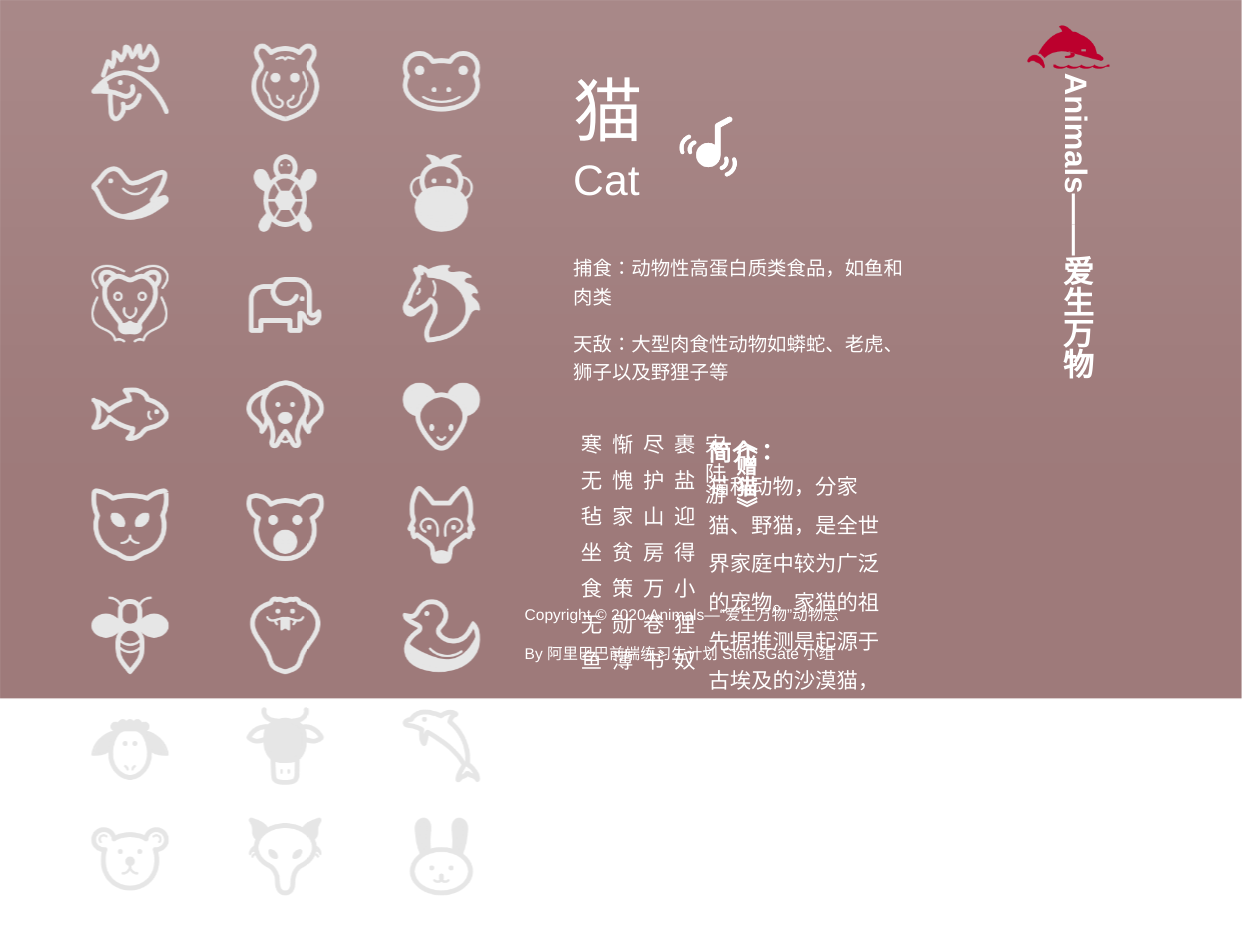
Repository: Whiskeyi/Animals
Page: /
An editor plug-in stored every save of this project. The page is shown before and after the next save, followed by the edit.
The browser window is 1280 px wide. The pictures show the whole page, at 97% of full size.
The project was rebuilt for these pictures with package versions that can differ from the ones it lists, and the page was loaded fresh each time.

Above is the page before, as saved 2021-11-16 21:26:21.

### public/index.html
<!DOCTYPE html>
<html lang="en">
  <head>
    <meta charset="utf-8">
    <meta http-equiv="X-UA-Compatible" content="IE=edge">
    <meta name="viewport" content="width=device-width,initial-scale=1.0">
    <link rel="icon" href="<%= BASE_URL %>favicon.ico">
    <title>Animals</title>
  </head>
  <body>
    <noscript>
      <strong>We're sorry but animals doesn't work properly without JavaScript enabled. Please enable it to continue.</strong>
    </noscript>
    <div id="app"></div>
    <!-- built files will be auto injected -->
  </body>
</html>

### src/main.js
import Vue from 'vue'
import App from './App.vue'
import router from './router'
import store from './store'
import './plugins/element.js' // 引入element-ui

Vue.config.productionTip = false

new Vue({
  router,
  store,
  render: h => h(App)
}).$mount('#app')

### src/App.vue
<template>
  <div id="app">
    <!-- 入口 -->
    <router-view/>
  </div>
</template>

<style lang="scss">
#app {
  font-family: 'Avenir', Helvetica, Arial, sans-serif;
  -webkit-font-smoothing: antialiased;
  -moz-osx-font-smoothing: grayscale;
}

html, body {  // 去除白边
    width: 100%;
    height: 100%;
    margin: 0;
    padding: 0;
    position: relative;
}

</style>

### src/router.js
// 路由
import Vue from 'vue'
import Router from 'vue-router'
import Home from './views/Home.vue'

Vue.use(Router)

export default new Router({
  mode: 'history',
  base: process.env.BASE_URL,
  routes: [
    {
      path: '/',
      name: 'home',
      component: Home
    }
  ]
})

### src/plugins/element.js
// 引入element-ui
import Vue from 'vue'

import ElementUI from 'element-ui';
import 'element-ui/lib/theme-chalk/index.css';

Vue.use(ElementUI);

### src/views/Home.vue
<template>
  <div class="home">
    <!-- 背景+光泽效果 -->
    <div class="bg">
      <Gloss></Gloss>
    </div>
    <!-- 页面容器 -->
    <div class="container">
      <!-- 左侧展示模块 -->
      <div id="leftContainer">
        <LeftMain></LeftMain>
      </div>
      <!-- 右侧展示模块 -->
      <div id="rightContainer">
        <!-- 输出信息 -->
          <Info></Info>
          <!-- 右侧标题 -->
          <RightHead></RightHead>
          <!-- 尾部 -->
          <Footer></Footer>
      </div>
    </div>
  </div>
</template>

<script>
// @ is an alias to /src
// 组件引入
import Gloss from '@/components/Gloss'
import Footer from '@/components/Footer'
import Info from '@/components/Info'
import RightHead from '@/components/right-head'
import LeftMain from '@/components/left-main'

export default {
  name: 'home',
  components: {
    Gloss,Footer,Info,RightHead,LeftMain
  },
  data() {
    return {
      bgColor: ''
    }
  },
  mounted() {
    setInterval(this.changeBgColor(),1000)
  },
  methods: {
    changeBgColor() {
      let arrColor = ["#FC9F4D", "#E98B2A", "#90B44B", "#4D5139", "#1C1C1C", "#4F4F48",
                      "#FF5E99", "#828282", "#52433D", "#947A6D", "#080808", "#0C0C0C",
                      "#434343", "#B19693", "#434343", "#EFBB24", "#90B44B", "#373C38",
                      "#BDC0BA", "#BDC0BA", "#BDC0BA", "#434343","#BDC0BA", "#BDC0BA"];
      console.log(arrColor[Math.floor(Math.random()*arrColor.length)-1])
    }
  }
}
</script>

<style lang="scss" scoped>
.home {
  // 滚动条样式修改（待定）
}
.bg {
  height: 100%;
  width: 100%;
  background-color:rgb(158, 122, 122);
  position: fixed;
  transition: background-color 2s ease-in; // 背景颜色2S过渡
  filter: blur(0.5px); // 背景高斯模糊
  // z-index: -9; //暂时注释,影响调试
}
#leftContainer {
  position: absolute;
  left: 10%;
  width: 30%;
  height: 100%;
  margin: 0 auto;
}
#rightContainer {
  position: fixed;
  right: 10%;
  width: 50%;
  height: 100%;
  margin: 0 auto;
}
@media screen and (max-width: 1440px) { // 屏幕小于1440px样式
  #leftContainer {
  position: absolute;
  left: 5%;
  width: 36%;
  height: 100%;
  margin: 0 auto;
}
#rightContainer {
  position: fixed;
  right: 5%;
  width: 54%;
  height: 100%;
  margin: 0 auto;
}
}
</style>

### src/components/Gloss/index.vue
<template>
<!-- 实现光泽效果,丰富背景颜色 -->
<div id="gloss"></div>
</template>

<script>
export default {

}
</script>

<style lang="scss" scoped>
#gloss {
    position: fixed;
    width: 100%;
    height: 478px;
    background: url('../../assets/gloss.png') repeat-x;
    // z-index: -8;  //暂时注释,影响调试
}
</style>

### src/components/Footer/index.vue
<template>
  <div class="footerContainer">
      <p>Copyright © 2020 Animals—“爱生万物”动物志</p>
      <p>By 阿里巴巴前端练习生计划 SteinsGate 小组</p>
  </div>
</template>

<script>
export default {

}
</script>

<style lang="scss" scoped>
.footerContainer {
    position: fixed;
    bottom: 0;
    font-size: 1rem;
    color:#fff;
    margin:0 0 20px 16px;
}
</style>

### src/components/Info/index.vue
<template>
  <div class="infoContainer">
    <div class="infPadding">
      <!-- 简介、图标 -->
    <Introduce></Introduce>
    <!-- 捕食、声音icon -->
    <HabbitVoice></HabbitVoice>
    <!-- 底部介绍 -->
    <IntroduceBottom></IntroduceBottom>
    </div>
  </div>
</template>

<script>
import Introduce from './Introduce'
import HabbitVoice from './habbit-voice'
import IntroduceBottom from './introduce-bottom'
export default {
  name: 'Info',
  components: {
    Introduce, HabbitVoice, IntroduceBottom
  }
}
</script>

<style lang="scss" scoped>
.infoContainer {
    float: left;
    z-index: 10000;
    width: 82%;
    height: 80%;
    margin: 26px 0 0 16px;
    padding: 15px 0px;
    // background-color: #fff;
    color:#fff;
}
.infPadding {
  padding: 0 50px;
}
.infoContainer logo {
    position: absolute;
}
@media screen and (max-width: 1440px) { // 屏幕小于1440px样式
  .infoContainer {
    float: left;
    z-index: 10000;
    width: 75%;
    height: 80%;
    margin: 26px 0 0 16px;
    // background-color: #fff;
}
}
</style>

### src/components/right-head/index.vue
<template>
  <div class="rightHeadContainer">
      <el-image class="logo" alt="logo" :src="require('@/icons/index.png')"></el-image>
      <h1 class="vertical">Animals——爱生万物</h1>
  </div>
</template>

<script>
export default {

}
</script>

<style lang="scss" scoped>
.rightHeadContainer {
    float: left;
    height: 400px;
    width: 100px;
    margin: 26px 0 0 16px;
}
.vertical {
    writing-mode: vertical-lr;
    padding-left: 5px;
    color: #fff;
}
@media screen and (max-width: 1440px) { // 屏幕小于1440px样式
    .rightHeadContainer {
        float: left;
        height: 400px;
        width:85px;
        margin: 26px 0 0 0;
    }
    .vertical {
        writing-mode: vertical-lr;
        padding-right: 0;
        color: #fff;
    }
}
</style>

### src/components/left-main/index.vue
<template>
  <div class="leftContainer">
    <el-row :gutter="20" type="flex" justify="center" v-for="AnimalsDetail in data" :key="AnimalsDetail.enName">
      <el-col :span="8">
        <el-image class="logo" alt="logo" :src="require('@/icons/animals/chicken.png')"></el-image>
      </el-col>
      <el-col :span="8">
        <el-image class="logo" alt="logo" :src="require('@/icons/animals/tiger.png')"></el-image>
      </el-col>
      <el-col :span="8">
        <el-image class="logo" alt="logo" :src="require('@/icons/animals/frog.png')"></el-image>
      </el-col>
    </el-row>
     <el-row :gutter="20" type="flex" justify="center" v-for="AnimalsDetail in data" :key="AnimalsDetail.enName">
      <el-col :span="8">
        <el-image class="logo" alt="logo" :src="require('@/icons/animals/bird.png')"></el-image>
      </el-col>
      <el-col :span="8">
        <el-image class="logo" alt="logo" :src="require('@/icons/animals/turtle.png')"></el-image>
      </el-col>
      <el-col :span="8">
        <el-image class="logo" alt="logo" :src="require('@/icons/animals/monkey.png')"></el-image>
      </el-col>
    </el-row>
     <el-row :gutter="20" type="flex" justify="center" v-for="AnimalsDetail in data" :key="AnimalsDetail.enName">
      <el-col :span="8">
        <el-image class="logo" alt="logo" :src="require('@/icons/animals/lion.png')"></el-image>
      </el-col>
      <el-col :span="8">
        <el-image class="logo" alt="logo" :src="require('@/icons/animals/elephant.png')"></el-image>
      </el-col>
      <el-col :span="8">
        <el-image class="logo" alt="logo" :src="require('@/icons/animals/horse.png')"></el-image>
      </el-col>
    </el-row>
     <el-row :gutter="20" type="flex" justify="center" v-for="AnimalsDetail in data" :key="AnimalsDetail.enName">
      <el-col :span="8">
        <el-image class="logo" alt="logo" :src="require('@/icons/animals/fish.png')"></el-image>
      </el-col>
      <el-col :span="8">
        <el-image class="logo" alt="logo" :src="require('@/icons/animals/dog.png')"></el-image>
      </el-col>
      <el-col :span="8">
        <el-image class="logo" alt="logo" :src="require('@/icons/animals/mouse.png')"></el-image>
      </el-col>
    </el-row>
     <el-row :gutter="20" type="flex" justify="center" v-for="AnimalsDetail in data" :key="AnimalsDetail.enName">
      <el-col :span="8">
        <el-image class="logo" alt="logo" :src="require('@/icons/animals/cat.png')"></el-image>
      </el-col>
      <el-col :span="8">
        <el-image class="logo" alt="logo" :src="require('@/icons/animals/pig.png')"></el-image>
      </el-col>
      <el-col :span="8">
        <el-image class="logo" alt="logo" :src="require('@/icons/animals/wolf.png')"></el-image>
      </el-col>
    </el-row>
     <el-row :gutter="20" type="flex" justify="center" v-for="AnimalsDetail in data" :key="AnimalsDetail.enName">
      <el-col :span="8">
        <el-image class="logo" alt="logo" :src="require('@/icons/animals/bee.png')"></el-image>
      </el-col>
      <el-col :span="8">
        <el-image class="logo" alt="logo" :src="require('@/icons/animals/snake.png')"></el-image>
      </el-col>
      <el-col :span="8">
        <el-image class="logo" alt="logo" :src="require('@/icons/animals/duck.png')"></el-image>
      </el-col>
    </el-row>
     <el-row :gutter="20" type="flex" justify="center" v-for="AnimalsDetail in data" :key="AnimalsDetail.enName">
      <el-col :span="8">
        <el-image class="logo" alt="logo" :src="require('@/icons/animals/sheep.png')"></el-image>
      </el-col>
      <el-col :span="8">
        <el-image class="logo" alt="logo" :src="require('@/icons/animals/cow.png')"></el-image>
      </el-col>
      <el-col :span="8">
        <el-image class="logo" alt="logo" :src="require('@/icons/animals/dolphin.png')"></el-image>
      </el-col>
    </el-row>
     <el-row :gutter="20" type="flex" justify="center" v-for="AnimalsDetail in data" :key="AnimalsDetail.enName">
      <el-col :span="8">
        <el-image class="logo" alt="logo" :src="require('@/icons/animals/bear.png')"></el-image>
      </el-col>
      <el-col :span="8">
        <el-image class="logo" alt="logo" :src="require('@/icons/animals/fox.png')"></el-image>
      </el-col>
      <el-col :span="8">
        <el-image class="logo" alt="logo" :src="require('@/icons/animals/rabbit.png')"></el-image>
      </el-col>
    </el-row>
  </div>
</template>

<script>
import data from '@/data/Animals.json'
export default {
  data() {
    return {
      data
    }
  }
}
</script>

<style lang="scss" scoped>
.leftContainer {
  padding: 30px 0;
  width: 100%;
  text-align: center;
}
.leftContainer .logo {
  width: 110px;
  height: 110px;
  padding: 20px 0;
}
 @media screen and (max-width: 1440px) { // 屏幕小于1440px样式
  .leftContainer .logo {
    height: 80px;
    width: 80px;
    padding: 15px 0;
  }
 }
</style>

### src/components/Info/Introduce/index.vue
<template>
  <div class="introduce">
      <el-row class="intContainer">
          <el-col :span="6">
              <div class="title">猫</div>
              <div class="subTitle">Cat</div>
          </el-col>
          <el-col :span="10">
            <el-image class="logo" alt="logo" :src="require('@/icons/voice.png')"></el-image>
          </el-col>
      </el-row>
  </div>
</template>

<script>
export default {

}
</script>

<style lang="scss" scoped>
.introduce {
    // background-color: red;
    height: 30%;
    width: 100%;
}
.intContainer {
    padding: 15px 0;
}
.logo {
    height: 160px;
    width: 160px;
}
.title {
    font-size: 72px;
}
.subTitle {
    font-size: 44px;
}
.logo {
    padding-top: 60px;
    height: 70px;
    width: 70px;
}
</style>

### src/components/Info/habbit-voice/index.vue
<template>
  <div class="habVoice">
       <el-row class="habContainer">
          <el-col class="habContent" :span="20">
              <p class="foodTitle">捕食：动物性高蛋白质类食品，如鱼和肉类</p>
              <p class="enemyTitle">天敌：大型肉食性动物如蟒蛇、老虎、狮子以及野狸子等</p>
          </el-col>
      </el-row>
  </div>
</template>

<script>
export default {

}
</script>

<style lang="scss" scoped>
.habVoice {
    // background-color: rgb(252, 94, 94);
    height: 30%;
    text-align: center;
}
.habContainer {
    padding: 15px 0;
}
.habContent p {
    font-size: 20px;
    text-align: left;
}
</style>

### src/components/Info/introduce-bottom/index.vue
<template>
    <div class="fooBottom">
        <el-row class="botContainer">
            <el-col class="poem" :span="8">
                <div class="content">寒无毡坐食无鱼</div>
                <div class="content">惭愧家贫策勋薄</div>
                <div class="content">尽护山房万卷书</div>
                <div class="content">裹盐迎得小狸奴</div>
                <div class="author">宋·陆游</div>
                <div class="poemTitle">《赠猫》</div>
                <!-- <p class="foodTitle">捕食：</p>
                <div class="food">动物性高蛋白质类食品，如鱼和肉类</div>
                <p class="enemyTitle">天敌：</p>
                <div class="enemy">大型肉食性动物如蟒蛇、老虎、狮子以及野狸子等</div> -->
            </el-col>
            <el-col :span="11">
                <div class="IntTitle">简介：</div>
                <div class="IntContent">猫科动物，分家猫、野猫，是全世界家庭中较为广泛的宠物。家猫的祖先据推测是起源于古埃及的沙漠猫，波斯的波斯猫，已经被人类驯化了3500年。</div>
            </el-col>
        </el-row>
    </div>
</template>

<script>
export default {

}
</script>

<style lang="scss" scoped>
.fooBottom {
    // background-color: rgb(253, 128, 128);
    height: 50%;
    width: 100%;
}
.botContainer {
    padding: 15px 0;
}
.poem {
    writing-mode: vertical-lr;
    font-size: 22px;
    .poemTitle {
        font-weight: bold;
    }
    .content {
        letter-spacing: 15px;
    }
}
.IntTitle {
    font-size: 24px;
    font-weight: bold;
}
.IntContent {
    font-size: 22px;
    line-height: 40px;
}
@media screen and (max-width: 1440px) { // 屏幕小于1440px样式
    .poem {
    writing-mode: vertical-lr;
    font-size: 22px;
    .poemTitle {
        font-weight: bold;
    }
    .content {
        letter-spacing: 15px;
    }
}
}
</style>

Loaded but not shown: src/store.js (common file); src/data/Animals.json (341 lines, source omitted)

After the next save:
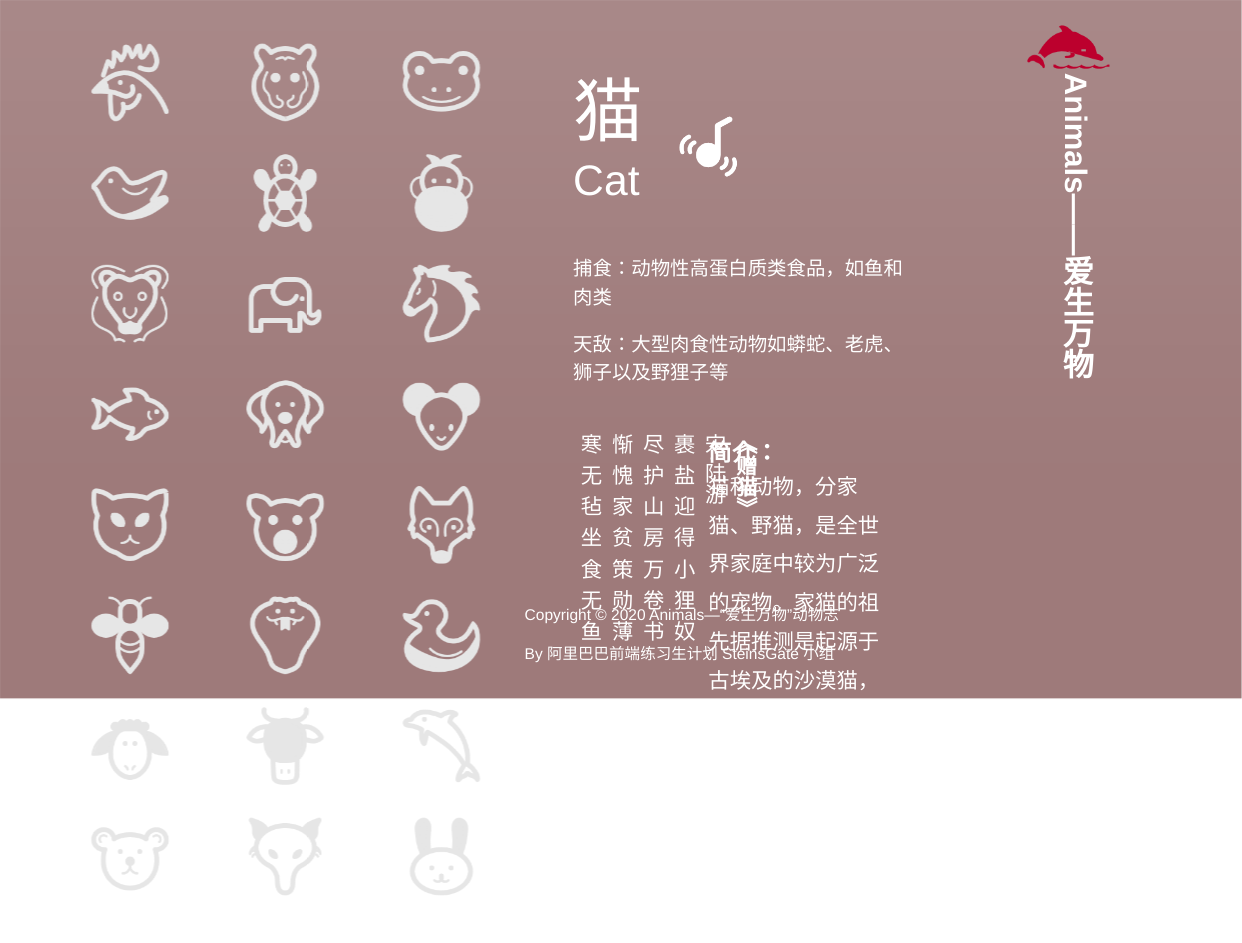
Saved 9 s later.
--- a/src/components/Info/introduce-bottom/index.vue
+++ b/src/components/Info/introduce-bottom/index.vue
@@ -62,7 +62,7 @@ export default {
         font-weight: bold;
     }
     .content {
-        letter-spacing: 15px;
+        letter-spacing: 10px;
     }
 }
 }
